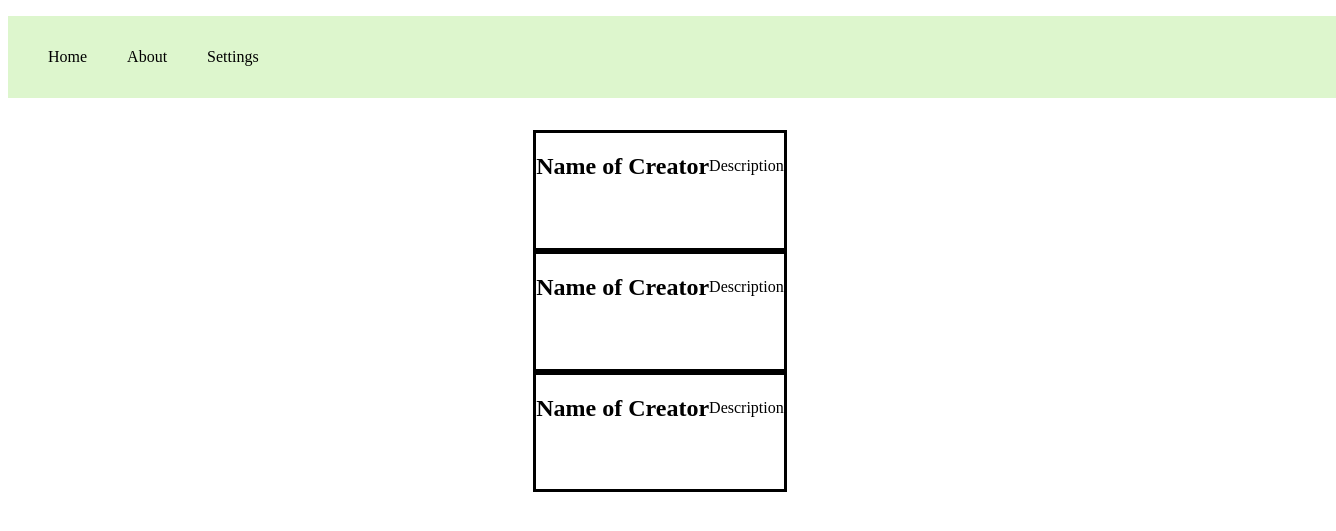
Repository: k8ANStar/Questify
Page: /About
The author's editor kept a copy of each file at every save. The page is drawn from the files as they stood at one save, then again after a run of saves.
The browser window is 1280 px wide. The page is 1336 px wide, then 1280 px, so the pictures cover 1336 px, including what lies to the right of the window. The pictures show the whole page.
The project was rebuilt for these pictures with package versions that can differ from the ones it lists, and the page was loaded fresh each time. The framework's server and built-in components were replaced by stand-ins that run in the browser. Also part of the build but not shown: next.config.mjs.

Above is the page before, as saved 2024-03-24 21:52:57.

After the next 2 saves:
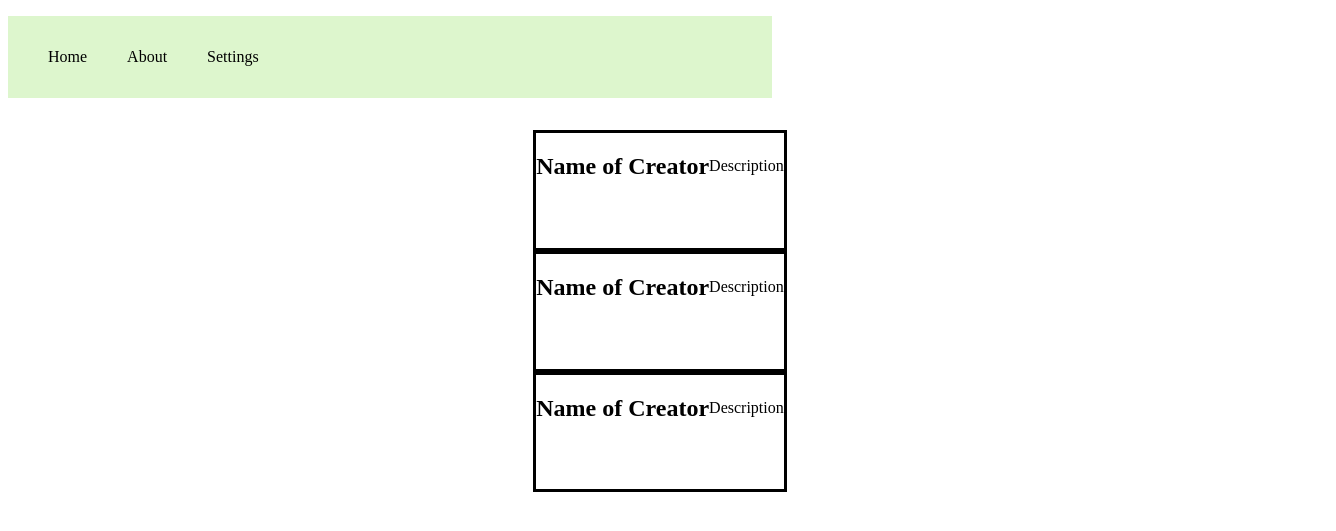
The 2 saves are shown as one change because they came seconds apart.
The last was saved 8 s later.
--- a/components/Header/Header.module.css
+++ b/components/Header/Header.module.css
@@ -3,7 +3,7 @@
 	list-style-type: none;
 	text-decoration: none;
 	padding: 2rem 2rem 2rem 2rem;
-	width: 100%;
+	width: 700px;
 	background-color: rgb(221, 246, 205);
 }
 
